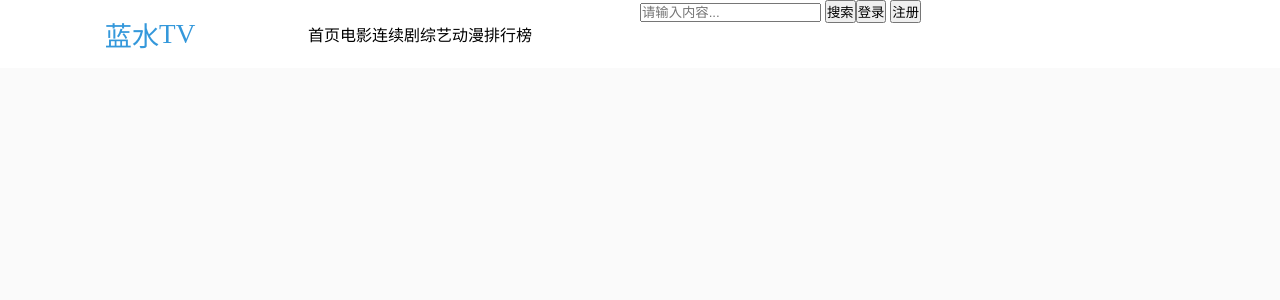
Repository: 842992406/blueWaterTV
Page: index.html
The author's editor kept a copy of each file at every save. The page is drawn from the files as they stood at one save, then again after the next save.
The browser window is 1280 px wide. The pictures show the whole page.

Above is the page before, as saved 2022-05-05 15:26:39.

After the next save:
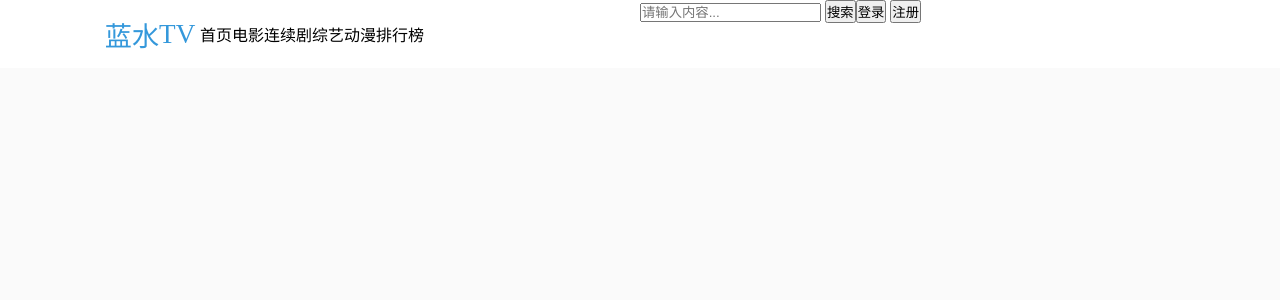
Saved 4 s later.
--- a/css/index.css
+++ b/css/index.css
@@ -62,9 +62,8 @@ header{
   display: flex;
 }
 
-.changeBox ul{
+.changeBox>ul{
   display: flex;
   justify-content: center;
   align-items: center;
-  flex-grow: 1;
 }
